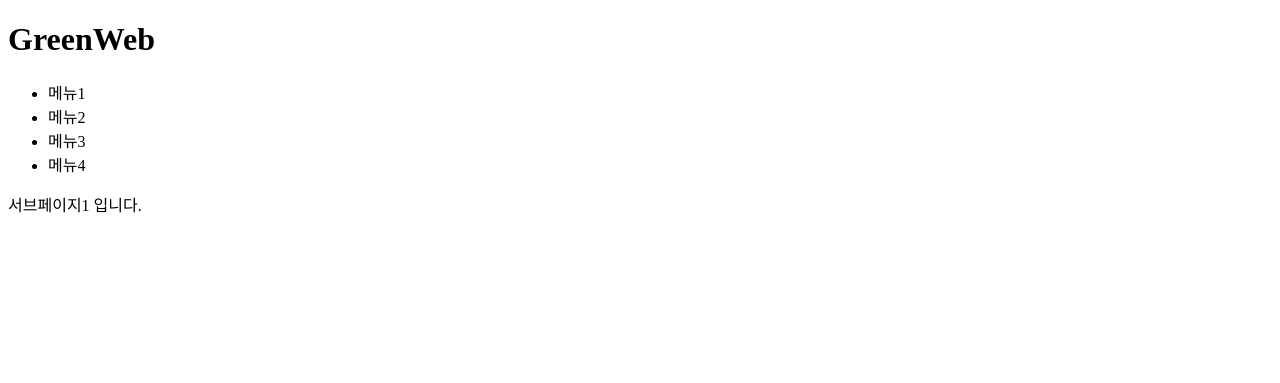
Repository: design-view/jspstudy
Page: http://localhost/GreenJsp/01jspdefault/subPage1.jsp
An editor plug-in stored every save of this project. The page is shown before and after the next save, followed by the edit.
The browser window is 1280 px wide. The pictures show the whole page.
The page is served by Tomcat 9. Nobody is signed in. The application's start-up code is not run.

Above is the page before, as saved 2024-01-09 03:31:09.

After the next save:
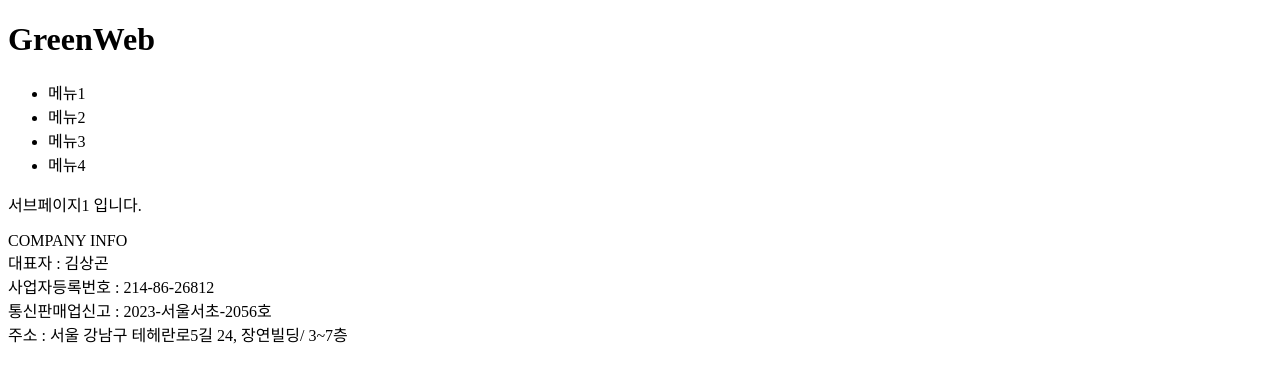
Saved 87 s later.
--- a/GreenJsp/src/main/webapp/01jspdefault/subPage1.jsp
+++ b/GreenJsp/src/main/webapp/01jspdefault/subPage1.jsp
@@ -1,7 +1,5 @@
 <%@ page language="java" contentType="text/html; charset=UTF-8"
     pageEncoding="UTF-8"%>
 <%@ include file="header.jsp" %>
-
 	<p>서브페이지1 입니다.</p>
-</body>
-</html>
+<%@ include file="footer.jsp" %>
